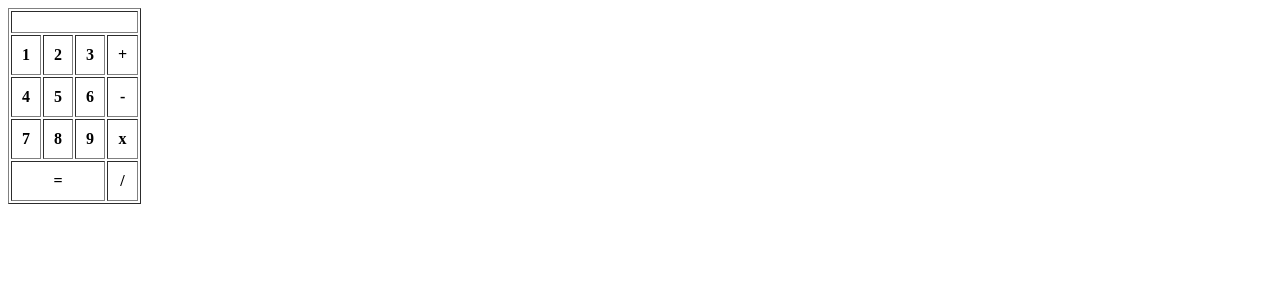
Repository: oUYUo/javaweb_and_javaBaseKnowLedge
Page: http://localhost/computer/
The author's editor kept a copy of each file at every save. The page is drawn from the files as they stood at one save, then again after the next save.
The browser window is 1280 px wide. The pictures show the whole page.
The page is served by Tomcat 9.

Above is the page before, as saved 2018-02-27 08:54:16.

After the next save:
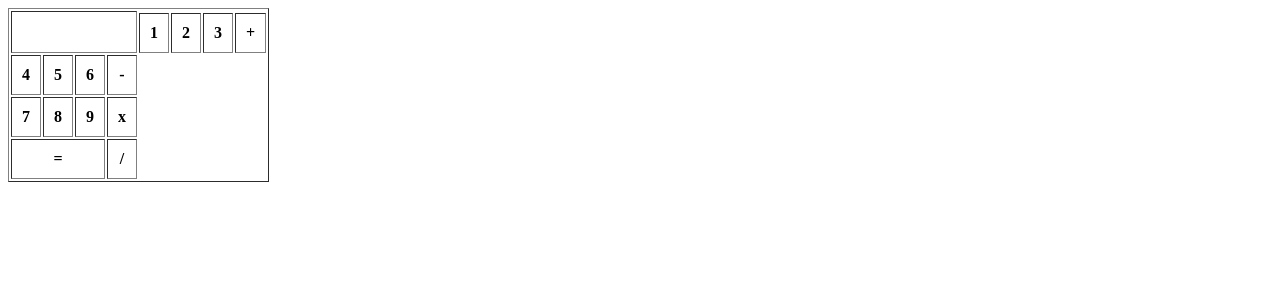
Saved 20 s later.
--- a/computer/WebContent/index.jsp
+++ b/computer/WebContent/index.jsp
@@ -9,7 +9,8 @@
 <body>
 <table border="1" cellpadding="10">
   <tr>
-  <th colspan="4"></th>
+  <th rowspan="2" colspan="4"></th>
+
   </tr>
   <tr>
     <th>1</th>

After the save that followed:
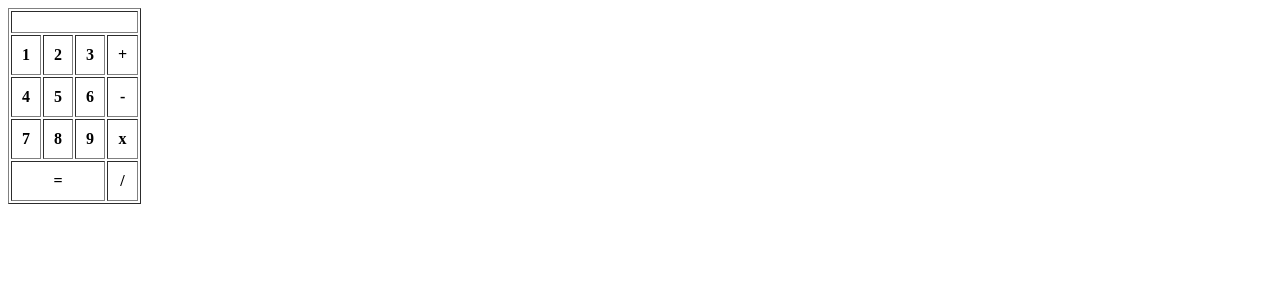
Saved 15 s later.
--- a/computer/WebContent/index.jsp
+++ b/computer/WebContent/index.jsp
@@ -10,8 +10,8 @@
 <table border="1" cellpadding="10">
   <tr>
   <th rowspan="2" colspan="4"></th>
-
   </tr>
+  <tr></tr>
   <tr>
     <th>1</th>
     <th>2</th>
